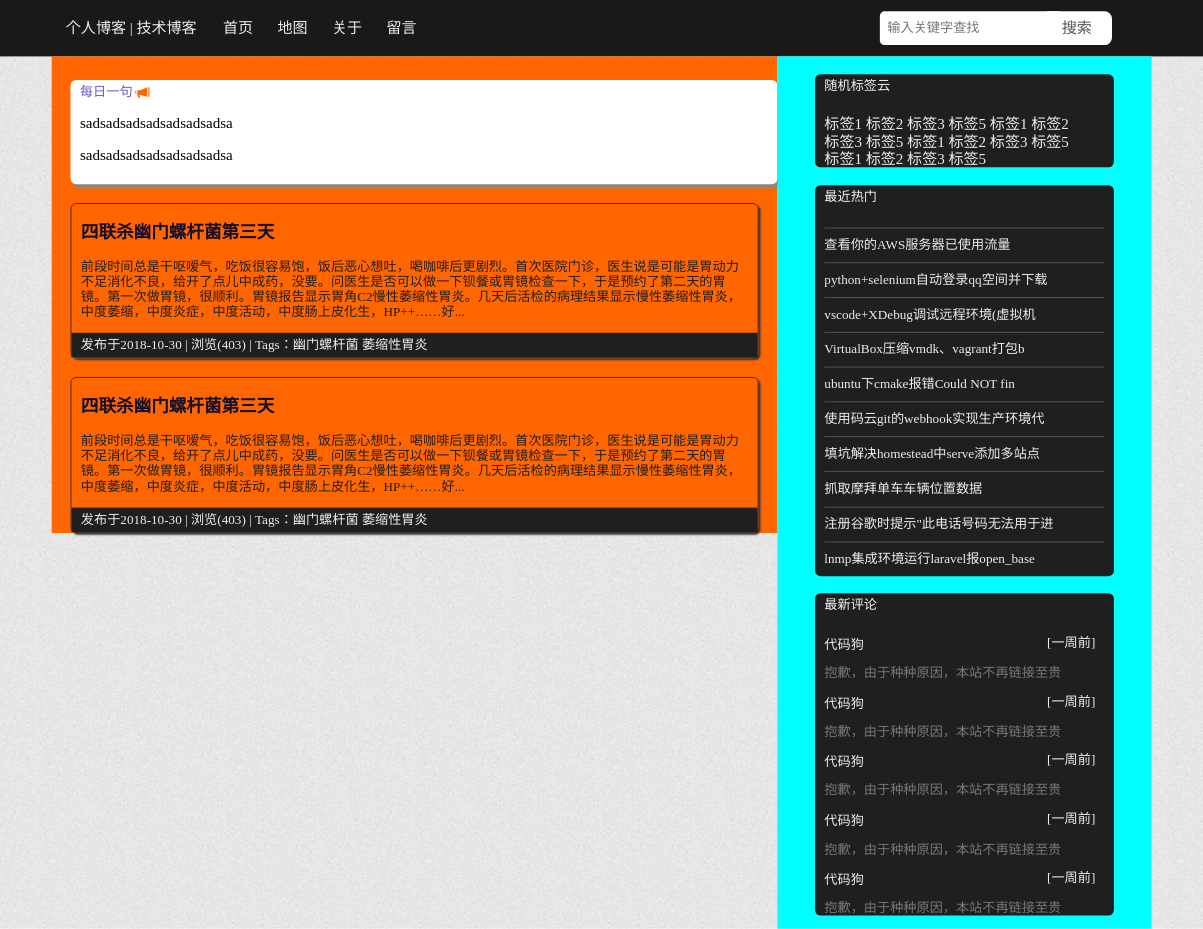
Repository: li1214/my_blog
Page: page/index.html
These files come from the project's save history. The page is drawn as it stood at one moment and after the next save; the edit follows.
The browser window is 1280 px wide. The pictures show the whole page, at 94% of full size.

Above is the page before, as saved 2019-01-04 11:18:29.

After the next save:
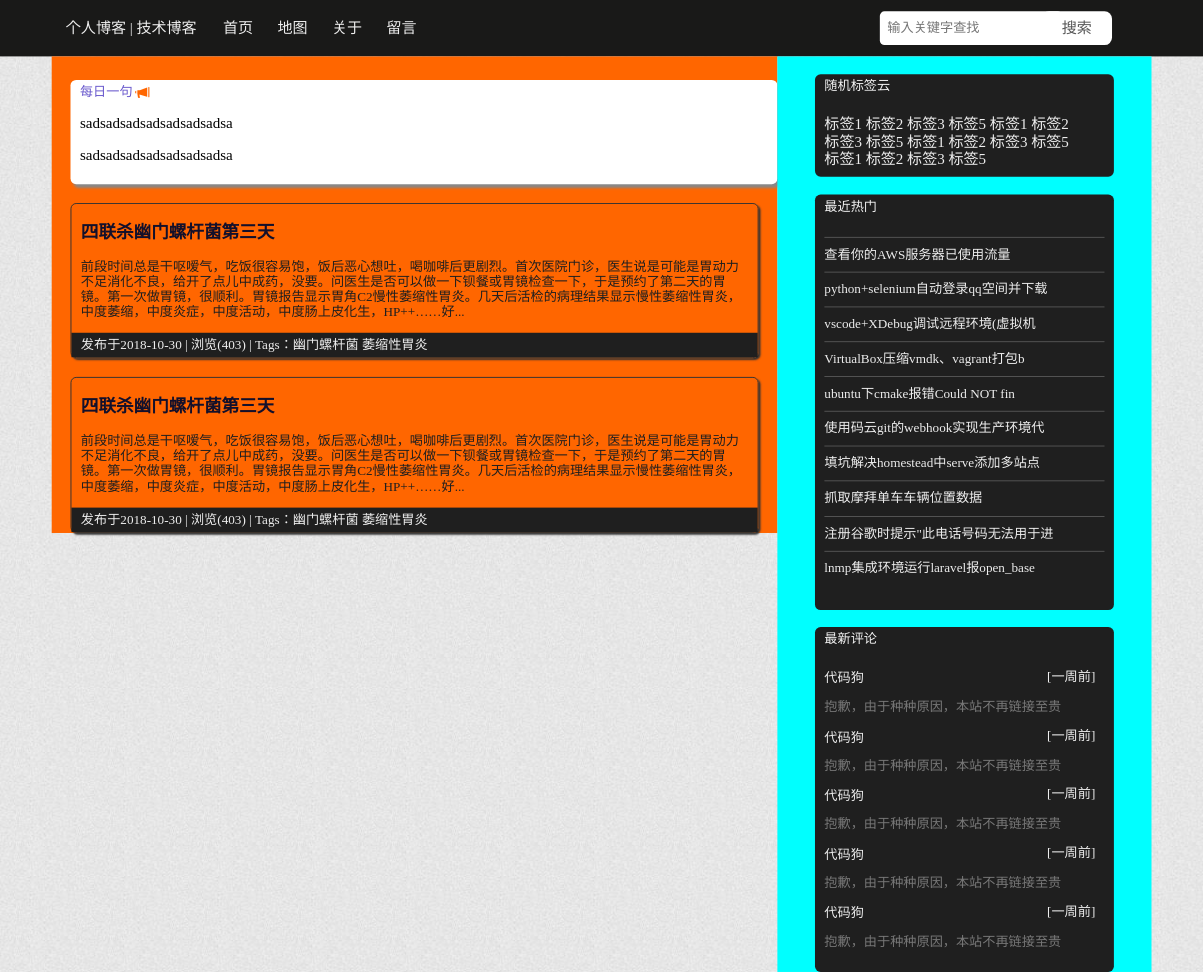
Saved 74 s later.
--- a/page/css/base.css
+++ b/page/css/base.css
@@ -251,6 +251,7 @@ header .container .search > button{
     margin: 0 auto;
     box-sizing: border-box;
     border-radius: 6px;
+    padding-bottom: 10px;
 }
 .right-box>h4 {
     color: #f4f4f4;
